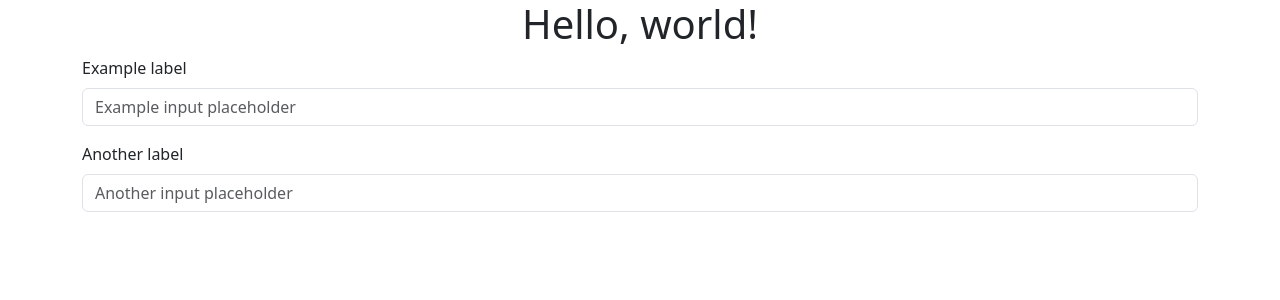
Repository: Senyadt2/Projects-On-Java
Page: HTTP-Servlet-request-response/src/main/webapp/index.html
The author's editor kept a copy of each file at every save. The page is drawn from the files as they stood at one save, then again after the next save.
The browser window is 1280 px wide. The pictures show the whole page.

Above is the page before, as saved 2024-03-24 04:17:42.

### HTTP-Servlet-request-response/src/main/webapp/index.html
<!doctype html>
<html lang="en">
<head>
<meta charset="utf-8">
<meta name="viewport" content="width=device-width, initial-scale=1">
<title>Bootstrap demo</title>
<link
	href="https://cdn.jsdelivr.net/npm/bootstrap@5.3.3/dist/css/bootstrap.min.css"
	rel="stylesheet"
	integrity="sha384-QWTKZyjpPEjISv5WaRU9OFeRpok6YctnYmDr5pNlyT2bRjXh0JMhjY6hW+ALEwIH"
	crossorigin="anonymous">
</head>
<body>
	<h1 style="text-align:center">Hello, world!</h1>
	<div class="container">
		<div class="mb-3">
			<label for="formGroupExampleInput" class="form-label">Example
				label</label> <input type="text" class="form-control"
				id="formGroupExampleInput" placeholder="Example input placeholder">
		</div>
		<div class="mb-3">
			<label for="formGroupExampleInput2" class="form-label">Another
				label</label> <input type="text" class="form-control"
				id="formGroupExampleInput2" placeholder="Another input placeholder">
		</div>
	</div>
	<script
		src="https://cdn.jsdelivr.net/npm/bootstrap@5.3.3/dist/js/bootstrap.bundle.min.js"
		integrity="sha384-YvpcrYf0tY3lHB60NNkmXc5s9fDVZLESaAA55NDzOxhy9GkcIdslK1eN7N6jIeHz"
		crossorigin="anonymous"></script>
</body>
</html>

After the next save:
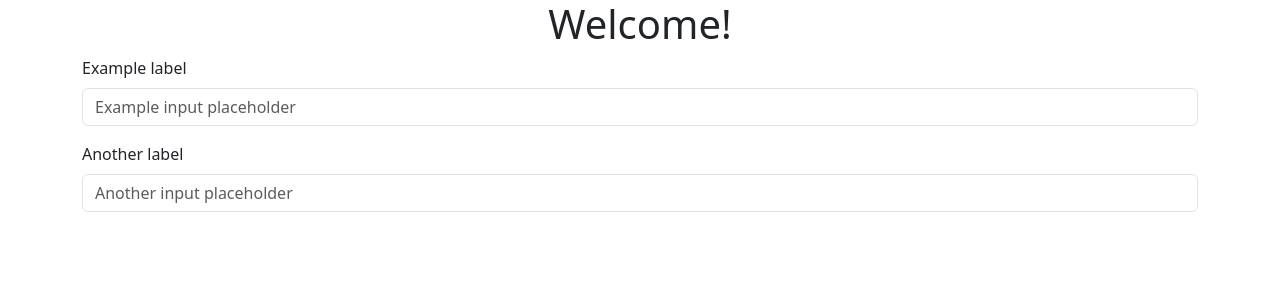
Saved 9 s later.
--- a/HTTP-Servlet-request-response/src/main/webapp/index.html
+++ b/HTTP-Servlet-request-response/src/main/webapp/index.html
@@ -11,7 +11,7 @@
 	crossorigin="anonymous">
 </head>
 <body>
-	<h1 style="text-align:center">Hello, world!</h1>
+	<h1 style="text-align:center">Welcome!</h1>
 	<div class="container">
 		<div class="mb-3">
 			<label for="formGroupExampleInput" class="form-label">Example
